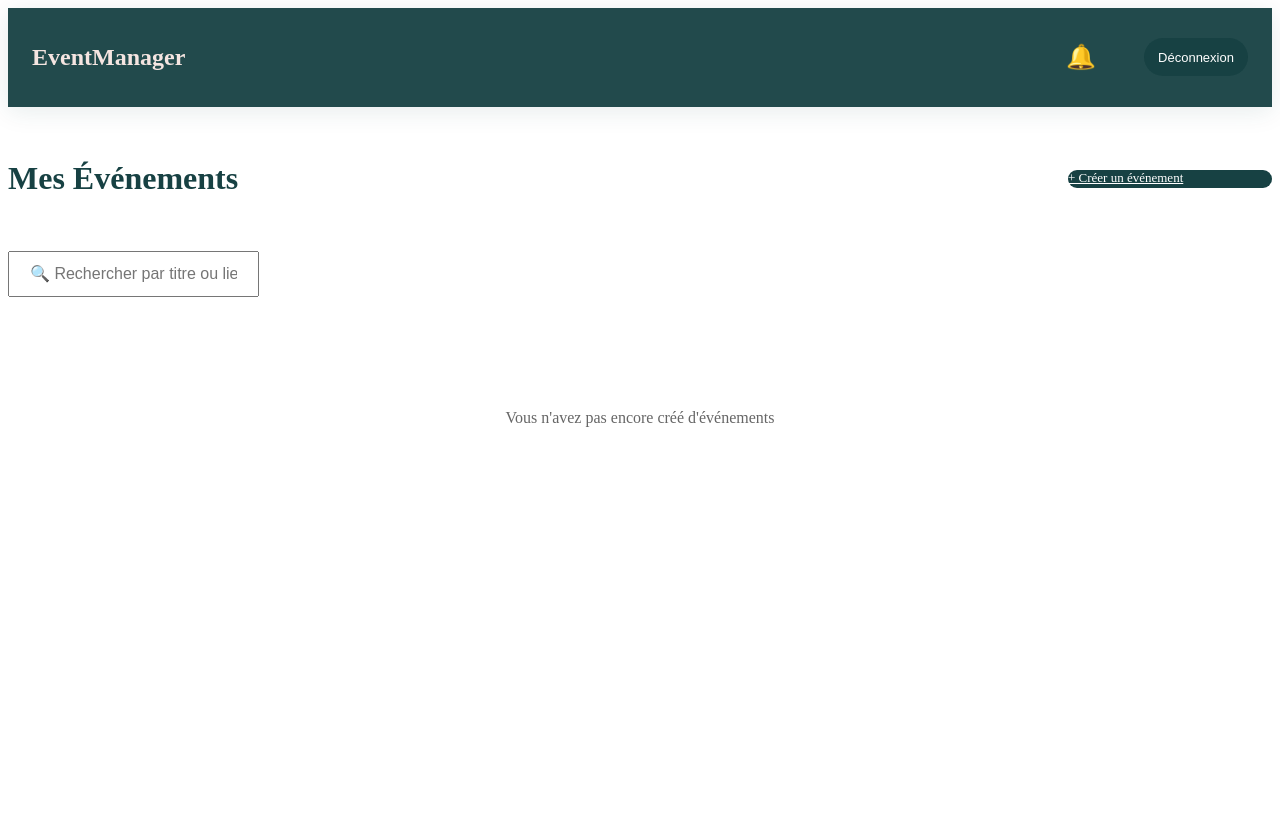
Repository: RADJA-A/DahiliRadja_Pjt_IW
Page: /organisateur/mes-evenements (app in Front/gerement/)
These files come from the project's save history. The page is drawn as it stood at one moment and after the next save; the edit follows.
The browser window is 1280 px wide. The pictures show the whole page.
The project was rebuilt for these pictures with package versions that can differ from the ones it lists, and the page was loaded fresh each time. Also part of the build but not shown: Front/gerement/angular.json, Front/gerement/src/app/pages/home/home.component.ts, Front/gerement/src/app/components/avantages/avantages.component.ts, Front/gerement/src/app/components/procedure/procedure.component.ts, Front/gerement/src/app/components/services/services.component.ts, Front/gerement/src/app/pages/login/login.component.ts, Front/gerement/src/app/core/services/auth.service.ts, Front/gerement/src/app/pages/signin/signin.component.ts and 9 more.

Above is the page before, as saved 2025-12-10 17:14:58.

### Front/gerement/src/index.html
<!doctype html>
<html lang="en">
<head>
  <meta charset="utf-8">
  <title>Gerement</title>
  <base href="/">
  <meta name="viewport" content="width=device-width, initial-scale=1">
   <link rel="icon" type="image/x-icon" href="1.png">
</head>
<body>


  <app-root></app-root>
</body>
</html>

### Front/gerement/src/app/app.config.ts
import { ApplicationConfig, provideZoneChangeDetection } from '@angular/core';
import { provideRouter } from '@angular/router';
import { provideHttpClient } from '@angular/common/http';

import { routes } from './app.routes';

export const appConfig: ApplicationConfig = {
  providers: [
    provideZoneChangeDetection({ eventCoalescing: true }),
    provideRouter(routes),
    provideHttpClient() // ← Pour les appels HTTP
  ]
};

### Front/gerement/src/app/app.component.ts
import { Component } from '@angular/core';
import { CommonModule } from '@angular/common';
import { Router, RouterOutlet, NavigationEnd } from '@angular/router';
import { HeaderComponent } from './components/header/header.component';
import { FooterComponent } from './components/footer/footer.component';
import { NavbarComponent } from './components/navbar/navbar.component';
import { filter } from 'rxjs/operators';

@Component({
  selector: 'app-root',
  standalone: true,
  imports: [
    CommonModule,
    RouterOutlet,
    HeaderComponent,
    FooterComponent,
    NavbarComponent // ← Ajout
  ],
  templateUrl: './app.component.html',
  styleUrls: ['./app.component.css']
})
export class AppComponent {
  title = 'gerement';
  showNavbar = false;

  constructor(private router: Router) {
    // Déterminer quand afficher la navbar
    this.router.events.pipe(
      filter(event => event instanceof NavigationEnd)
    ).subscribe((event: any) => {
      const url = event.url;
      this.showNavbar = !['/', '/login', '/signin'].includes(url);
    });
  }
}

### Front/gerement/src/app/app.routes.ts
import { Routes } from '@angular/router';
import { HomeComponent } from './pages/home/home.component';
import { LoginComponent } from './pages/login/login.component';
import { SigninComponent } from './pages/signin/signin.component';

// Organisateur
import { DashboardOrganisateurComponent } from './pages/organisateur/dashboard-organisateur/dashboard-organisateur.component';
import { MesEvenementsComponent } from './pages/organisateur/mes-evenements/mes-evenements.component';
import { CreerEvenementComponent } from './pages/organisateur/creer-evenement/creer-evenement.component';
import { ParticipantsEvenementComponent } from './pages/organisateur/participants-evenement/participants-evenement.component';
import { ModifierEvenementComponent } from './pages/organisateur/modifier-evenement/modifier-evenement.component';
// Participant
import { EvenementsDisponiblesComponent } from './pages/participant/evenements-disponibles/evenements-disponibles.component';
import { MesInscriptionsComponent } from './pages/participant/mes-inscriptions/mes-inscriptions.component';
import { DetailEvenementComponent } from './pages/participant/detail-evenement/detail-evenement.component';

export const routes: Routes = [
  { path: '', component: HomeComponent },
  { path: 'login', component: LoginComponent },
  { path: 'signin', component: SigninComponent },

  // Routes Organisateur
  { path: 'organisateur/dashboard', component: DashboardOrganisateurComponent },
  { path: 'organisateur/mes-evenements', component: MesEvenementsComponent },
  { path: 'organisateur/creer-evenement', component: CreerEvenementComponent },
   { path: 'organisateur/modifier-evenement/:id', component: ModifierEvenementComponent }, // ← AJOUT

  { path: 'organisateur/participants/:id', component: ParticipantsEvenementComponent },

  // Routes Participant
  { path: 'participant/evenements', component: EvenementsDisponiblesComponent },
  { path: 'participant/mes-inscriptions', component: MesInscriptionsComponent },
  { path: 'participant/evenement/:id', component: DetailEvenementComponent },

  { path: '**', redirectTo: '' }
];

### Front/gerement/src/app/app.component.html
<app-header *ngIf="!showNavbar"></app-header>
<app-navbar *ngIf="showNavbar"></app-navbar>
<router-outlet></router-outlet>
<app-footer *ngIf="!showNavbar"></app-footer>

### Front/gerement/src/app/components/header/header.component.ts
import { Component } from '@angular/core';
import { Router, RouterModule } from '@angular/router';

@Component({
  selector: 'app-header',
  standalone: true,
  imports: [RouterModule],
  templateUrl: './header.component.html',
  styleUrls: ['./header.component.css']
})
export class HeaderComponent {
  constructor(private router: Router) {}

  navigateToLogin() {
    this.router.navigate(['/login']);
  }

  navigateToSignin() {
    this.router.navigate(['/signin']);
  }

}

### Front/gerement/src/app/components/navbar/navbar.component.ts
import { Component, OnInit } from '@angular/core';
import { Router, RouterModule } from '@angular/router';
import { CommonModule } from '@angular/common';
import { NotificationsComponent } from '../notifications/notifications.component';
import { NotificationService } from '../../services/notification.service';

@Component({
  selector: 'app-navbar',
  imports: [CommonModule,NotificationsComponent,RouterModule],
  templateUrl: './navbar.component.html',
  styleUrls: ['./navbar.component.css']
})
export class NavbarComponent implements OnInit {
  user: any;
  notificationsCount = 0;
  showNotifications = false;

  constructor(
    private router: Router,
    private notificationService: NotificationService
  ) {}

  ngOnInit() {
    const userStr = localStorage.getItem('user');
    if (userStr) {
      this.user = JSON.parse(userStr);
      this.loadNotificationsCount();
    }
  }

  loadNotificationsCount() {
    this.notificationService.getNotificationsNonLues(this.user.id).subscribe(
      (notifications) => {
        this.notificationsCount = notifications.length;
      }
    );
  }

  toggleNotifications() {
    this.showNotifications = !this.showNotifications;
  }

  logout() {
    localStorage.removeItem('user');
    this.router.navigate(['/login']);
  }

  // Fix role check with multiple possibilities
  isOrganisateur(): boolean {
    const role = this.user?.role;
    console.log('Checking role:', role); // Debug log
    return role === 'ORGANIZER' || role === 'ADMIN';
  }

  // Add isParticipant method
  isParticipant(): boolean {
    const role = this.user?.role;
    return role === 'PARTICIPANT';
  }
}

### Front/gerement/src/app/pages/organisateur/mes-evenements/mes-evenements.component.ts
import { Component, OnInit } from '@angular/core';
import { Router } from '@angular/router';
import { EvenementService, Evenement } from '../../../services/evenement.service';
import { CommonModule } from '@angular/common';
import { RouterLink } from '@angular/router';
import { FormsModule } from '@angular/forms';

@Component({
  selector: 'app-mes-evenements',
  imports: [CommonModule,RouterLink,FormsModule],
  templateUrl: './mes-evenements.component.html',
  styleUrls: ['./mes-evenements.component.css']
})
export class MesEvenementsComponent implements OnInit {
  user: any;
  evenements: Evenement[] = [];
  loading = false;
  searchTerm = '';
  filterStatut = '';

  constructor(
    private evenementService: EvenementService,
    private router: Router
  ) {}

  ngOnInit() {
    const userStr = localStorage.getItem('user');
    if (userStr) {
      this.user = JSON.parse(userStr);
      this.loadEvenements();
    }
  }

  loadEvenements() {
    this.loading = true;
    this.evenementService.getMesEvenements(this.user.id).subscribe({
      next: (data) => {
        this.evenements = data;
        this.loading = false;
      },
      error: (err) => {
        console.error('Erreur:', err);
        this.loading = false;
      }
    });
  }

  get evenementsFiltres(): Evenement[] {
    return this.evenements.filter(event => {
      const matchSearch = event.titre.toLowerCase().includes(this.searchTerm.toLowerCase()) ||
                         event.lieu.toLowerCase().includes(this.searchTerm.toLowerCase());
      const matchStatut = !this.filterStatut || event.statut === this.filterStatut;
      return matchSearch && matchStatut;
    });
  }

  modifierEvenement(eventId: number) {
    this.router.navigate(['/organisateur/modifier-evenement', eventId]);
  }

  supprimerEvenement(event: Evenement) {
    if (confirm(`Êtes-vous sûr de vouloir supprimer "${event.titre}" ?`)) {
      this.evenementService.deleteEvenement(event.id!, this.user.id).subscribe({
        next: () => {
          this.evenements = this.evenements.filter(e => e.id !== event.id);
          alert('Événement supprimé avec succès');
        },
        error: (err) => {
          console.error('Erreur:', err);
          alert('Erreur lors de la suppression');
        }
      });
    }
  }

  voirParticipants(eventId: number) {
    this.router.navigate(['/organisateur/participants', eventId]);
  }

  getStatutColor(statut: string): string {
    const colors: any = {
      'A_VENIR': 'info',
      'EN_COURS': 'success',
      'TERMINE': 'secondary',
      'ANNULE': 'danger'
    };
    return colors[statut] || 'info';
  }
}

### Front/gerement/src/app/components/header/header.component.html
<div id="logindiv">
  <nav>
    <h1>Gerement</h1>
    <ul class="liste">
      <li><a href="#avantages">Avantages</a></li>
      <li><a href="#services">Nos services</a></li>
      <li><a href="#procedure">Procedure</a></li>
    </ul>

    <!-- Wrap the buttons -->
    <div class="button-group">
      <button id="connectbtn" (click)="navigateToLogin()">Se connecter</button>
      <button id="signinbtn" (click)="navigateToSignin()">S'inscrire</button>
    </div>
  </nav>
</div>

### Front/gerement/src/app/components/header/header.component.css
*{
    font-family: DM sans-serif ;
}


body::-webkit-scrollbar {
    width : 10px;
}

body::-webkit-scrollbar-track {
    background :#174143;
}

body::-webkit-scrollbar-thumb {
    background-color :#F5E5E1;
    border-radius: 10px 10px ;
}


nav {
    display: flex;
    justify-content: space-between; /* h1 left, everything else right */
    align-items: center;
    padding: 0 20px;
}

.button-group {
    display: flex;
    gap: 10px; /* space between the two buttons */
}


nav h1 {
    color: #174143;
    margin: 0;
}

nav ul {
    display: flex;
    list-style: none;
    margin: 0;
    padding: 0;
    gap: 30px;
    align-items: center;
    font-size: 20px;
}

nav ul li {
    margin: 0;
    padding: 0;
}

nav ul li a {
    text-decoration: none;
    color: black;
    line-height: 1;
    display: flex;
    align-items: center;
}

nav ul li a:hover{
    font-weight: bold;
}


button{
    border: none;
    border-radius: 50px;
     background-color:  #174143;
    color: white;
    height : 48px;
    width : 134px;
    font-size: 19px;
}

button:hover{
    cursor: pointer;
    transition : 0.2s ease-in-out  ;
    background-color:  #F5E5E1;
    color:  #174143;
}

### Front/gerement/src/app/components/footer/footer.component.html
<footer class="custom-footer">
  <div class="footer-section">
    <p>Université d'alger 1</p>
    <p>Alger centre</p>
    <p>Alger, Algerie</p>
  </div>



  <div class="footer-bottom">
    <p>Gerement™</p>
    <p>© 2025 All Rights Reserved</p>
  </div>
</footer>

### Front/gerement/src/app/components/footer/footer.component.css
.custom-footer {
  background: #174143;
  padding: 30px;
  text-align: center;
  color: #F5E5E1;
  font-family: Arial, sans-serif;
  border-top: 1px solid #ddd;
}


.footer-bottom {
  margin-top: 15px;
  font-size: 13px;
  color: #d7beb8;
}

### Front/gerement/src/app/components/navbar/navbar.component.html
<nav class="navbar">
  <div class="navbar-container">
    <div class="navbar-brand">
      <h2>EventManager</h2>
    </div>

    <div class="navbar-menu">
      <ng-container *ngIf="isOrganisateur()">
        <!-- Add routerLink directive -->
        <a [routerLink]="['/organisateur/dashboard']" routerLinkActive="active">Dashboard</a>
        <a [routerLink]="['/organisateur/mes-evenements']" routerLinkActive="active">Mes Événements</a>
        <a [routerLink]="['/organisateur/creer-evenement']" routerLinkActive="active">Créer</a>
      </ng-container>

      <ng-container *ngIf="isParticipant()">
        <!-- Add routerLink directive -->
        <a [routerLink]="['/participant/evenements']" routerLinkActive="active">Événements</a>
        <a [routerLink]="['/participant/mes-inscriptions']" routerLinkActive="active">Mes Inscriptions</a>

      </ng-container>
    </div>

    <div class="navbar-actions">
      <div class="notification-btn" (click)="toggleNotifications()">
        <span class="icon">🔔</span>
        <span class="badge-notif" *ngIf="notificationsCount > 0">{{ notificationsCount }}</span>
      </div>

      <div class="user-menu">
        <span>{{ user?.prenom }} {{ user?.nom }}</span>
        <button class="btn btn-secondary" (click)="logout()">Déconnexion</button>
      </div>
    </div>
  </div>

  <!-- Dropdown notifications -->
  <app-notifications *ngIf="showNotifications" [userId]="user?.id"></app-notifications>
</nav>

### Front/gerement/src/app/components/navbar/navbar.component.css
.navbar {
  background: rgba(23, 65, 67, 0.95);
  backdrop-filter: blur(10px);
  box-shadow: 0 4px 24px rgba(23, 65, 67, 0.1);
  position: sticky;
  top: 0;
  z-index: 1000;
}

.navbar-container {
  max-width: 1400px;
  margin: 0 auto;
  padding: 16px 24px;
  display: flex;
  justify-content: space-between;
  align-items: center;
}

.navbar-brand h2 {
  color: #F5E5E1;
  font-size: 24px;
  font-weight: 700;
}

.navbar-menu {
  display: flex;
  gap: 32px;
}

.navbar-menu a {
  color: #F5E5E1;
  text-decoration: none;
  font-weight: 500;
  padding: 8px 16px;
  border-radius: 8px;
  transition: all 0.3s ease;
}

.navbar-menu a:hover,
.navbar-menu a.active {
  background: rgba(245, 229, 225, 0.1);
  color: white;
}

.navbar-actions {
  display: flex;
  align-items: center;
  gap: 24px;
}

.notification-btn {
  position: relative;
  cursor: pointer;
  padding: 8px;
  border-radius: 50%;
  transition: background 0.3s ease;
}

.notification-btn:hover {
  background: rgba(245, 229, 225, 0.1);
}

.notification-btn .icon {
  font-size: 24px;
}

.badge-notif {
  position: absolute;
  top: 0;
  right: 0;
  background: #dc3545;
  color: white;
  border-radius: 50%;
  width: 20px;
  height: 20px;
  display: flex;
  align-items: center;
  justify-content: center;
  font-size: 11px;
  font-weight: 700;
}

.user-menu {
  display: flex;
  align-items: center;
  gap: 16px;
  color: #F5E5E1;
}

button{
    border: none;
    border-radius: 50px;
     background-color:  #174143;
    color: white;
    height : 38px;
    width : 104px;
    font-size: 13px;
}

button:hover{
    cursor: pointer;
    transition : 0.2s ease-in-out  ;
    background-color:  #F5E5E1;
    color:  #174143;
}

### Front/gerement/src/app/services/evenement.service.ts
import { Injectable } from '@angular/core';
import { HttpClient } from '@angular/common/http';
import { Observable } from 'rxjs';

export interface Evenement {
  id?: number;
  titre: string;
  type: string;
  lieu: string;
  dateDebut: string;
  dateFin: string;
  capaciteMax: number;
  nombreInscrits?: number;
  organisateurId: number;
  statut?: string;
  imageUrl?: string;
  programme?: string;
  placesDisponibles?: number;
}
@Injectable({
  providedIn: 'root'
})
export class EvenementService {
  private apiUrl = 'http://localhost:8082/api/evenements';

  constructor(private http: HttpClient) {}

  // Tous les événements
  getAllEvenements(): Observable<Evenement[]> {
    return this.http.get<Evenement[]>(this.apiUrl);
  }

  // Événements d'un organisateur
  getMesEvenements(organisateurId: number): Observable<Evenement[]> {
    return this.http.get<Evenement[]>(`${this.apiUrl}/organisateur/${organisateurId}`);
  }

  // Un événement par ID
  getEvenementById(id: number): Observable<Evenement> {
    return this.http.get<Evenement>(`${this.apiUrl}/${id}`);
  }

  // Créer événement
  createEvenement(evenement: Evenement): Observable<Evenement> {
    return this.http.post<Evenement>(this.apiUrl, evenement);
  }

  // Modifier événement
  updateEvenement(id: number, evenement: any, userId: number): Observable<Evenement> {
    return this.http.put<Evenement>(`${this.apiUrl}/${id}`, evenement, {
      headers: { 'User-Id': userId.toString() }
    });
  }

  // Supprimer événement
  deleteEvenement(id: number, userId: number): Observable<void> {
    return this.http.delete<void>(`${this.apiUrl}/${id}`, {
      headers: { 'User-Id': userId.toString() }
    });
  }

  // Rechercher
  searchEvenements(params: any): Observable<Evenement[]> {
    return this.http.get<Evenement[]>(`${this.apiUrl}/search`, { params });
  }

  // Statistiques
  getStatistiques(organisateurId: number): Observable<any> {
    return this.http.get(`${this.apiUrl}/statistiques/${organisateurId}`);
  }
}

### Front/gerement/src/app/pages/organisateur/mes-evenements/mes-evenements.component.html
<div class="mes-evenements">
  <div class="container">
    <div class="page-header">
      <h1>Mes Événements</h1>
      <a routerLink="/organisateur/creer-evenement" class="btn btn-primary">+ Créer un événement</a>
    </div>

    <!-- Filtres -->
    <div class="filters card">
      <div class="input-group">
        <input
          type="text"
          [(ngModel)]="searchTerm"
          placeholder="🔍 Rechercher par titre ou lieu..."
          class="search-input">
      </div>


    </div>

    <!-- Liste des événements -->
    <div class="loading-message" *ngIf="loading">
      Chargement de vos événements...
    </div>

    <div class="events-grid grid grid-2" *ngIf="!loading">
      <div class="event-card card" *ngFor="let event of evenementsFiltres">
        <div class="event-image" *ngIf="event.imageUrl">
          <img [src]="event.imageUrl" [alt]="event.titre">
        </div>
        <div class="event-placeholder" *ngIf="!event.imageUrl">
          🎭
        </div>

        <div class="event-content">
          <div class="event-header">
            <h3>{{ event.titre }}</h3>
            <span class="badge badge-{{ getStatutColor(event.statut!) }}">
              {{ event.statut }}
            </span>
          </div>

          <div class="event-info">
            <p><strong>Type:</strong> {{ event.type }}</p>
            <p><strong>📍</strong> {{ event.lieu }}</p>
            <p><strong>📅</strong> {{ event.dateDebut | date:'dd/MM/yyyy HH:mm' }}</p>
            <p><strong>👥</strong> {{ event.nombreInscrits }} / {{ event.capaciteMax }} participants</p>
            <p><strong>📌</strong> {{ event.placesDisponibles }} places restantes</p>
          </div>

          <div class="event-progress">
            <div class="progress-bar">
              <div class="progress-fill"
                   [style.width.%]="(event.nombreInscrits! / event.capaciteMax) * 100">
              </div>
            </div>
          </div>

          <div class="event-actions">
            <button class="btn btn-secondary" (click)="voirParticipants(event.id!)">
              👥 Participants
            </button>
            <button class="btn btn-primary" (click)="modifierEvenement(event.id!)">
              ✏️ Modifier
            </button>
            <button class="btn btn-danger" (click)="supprimerEvenement(event)">
              🗑️ Supprimer
            </button>
          </div>
        </div>
      </div>

      <div class="no-events" *ngIf="evenementsFiltres.length === 0">
        <p *ngIf="evenements.length === 0">Vous n'avez pas encore créé d'événements</p>
        <p *ngIf="evenements.length > 0 && evenementsFiltres.length === 0">
          Aucun événement ne correspond à votre recherche
        </p>
      </div>
    </div>
  </div>
</div>

### Front/gerement/src/app/pages/organisateur/mes-evenements/mes-evenements.component.css
.mes-evenements {
  min-height: calc(100vh - 80px);
  padding: 32px 0;
}

.page-header {
  display: flex;
  justify-content: space-between;
  align-items: center;
  margin-bottom: 32px;
}

.page-header h1 {
  color: #174143;
  font-size: 32px;
}

.filters {
  display: grid;
  grid-template-columns: 2fr 1fr;
  gap: 16px;
  margin-bottom: 32px;
}

.search-input {
  padding: 12px 20px;
  font-size: 16px;
}

.event-card {
  overflow: hidden;
}

.event-image {
  width: 100%;
  height: 200px;
  overflow: hidden;
  border-radius: 12px 12px 0 0;
  margin: -24px -24px 16px -24px;
}

.event-image img {
  width: 100%;
  height: 100%;
  object-fit: cover;
}

.event-placeholder {
  width: 100%;
  height: 200px;
  display: flex;
  align-items: center;
  justify-content: center;
  background: linear-gradient(135deg, #174143 0%, #2a6366 100%);
  font-size: 64px;
  border-radius: 12px 12px 0 0;
  margin: -24px -24px 16px -24px;
}

.event-content {
  display: flex;
  flex-direction: column;
  gap: 16px;
}

.event-header {
  display: flex;
  justify-content: space-between;
  align-items: start;
  gap: 12px;
}

.event-header h3 {
  color: #174143;
  font-size: 20px;
  flex: 1;
}

.event-info p {
  color: #666;
  font-size: 14px;
  margin-bottom: 8px;
}

.event-progress {
  margin: 8px 0;
}

.progress-bar {
  height: 8px;
  background: rgba(23, 65, 67, 0.1);
  border-radius: 4px;
  overflow: hidden;
}

.progress-fill {
  height: 100%;
  background: linear-gradient(90deg, #174143 0%, #2a6366 100%);
  transition: width 0.3s ease;
}

.event-actions {
  display: flex;
  gap: 8px;
  flex-wrap: wrap;
}

.event-actions button {
  flex: 1;
  min-width: 120px;
}

.no-events {
  grid-column: 1 / -1;
  text-align: center;
  padding: 64px 24px;
  color: #666;
}

.loading-message {
  text-align: center;
  padding: 64px;
  color: #174143;
  font-size: 18px;
}

.btn.btn-primary{
    border: none;
    border-radius: 50px;
     background-color:  #174143;
    color: white;
    height : 18px;
    width : 204px;
    font-size: 13px;
}

.btn.btn-primary:hover{
    cursor: pointer;
    transition : 0.2s ease-in-out  ;
    background-color:  #F5E5E1;
    color:  #174143;
}

Loaded but not shown: Front/gerement/src/styles.css (common file); Front/gerement/src/main.ts (common file); Front/gerement/src/app/components/footer/footer.component.ts (common file); Front/gerement/src/app/services/notification.service.ts (100 lines, source omitted); Front/gerement/src/app/app.component.css (no stored copy; drawn as an empty file)

After the next save:
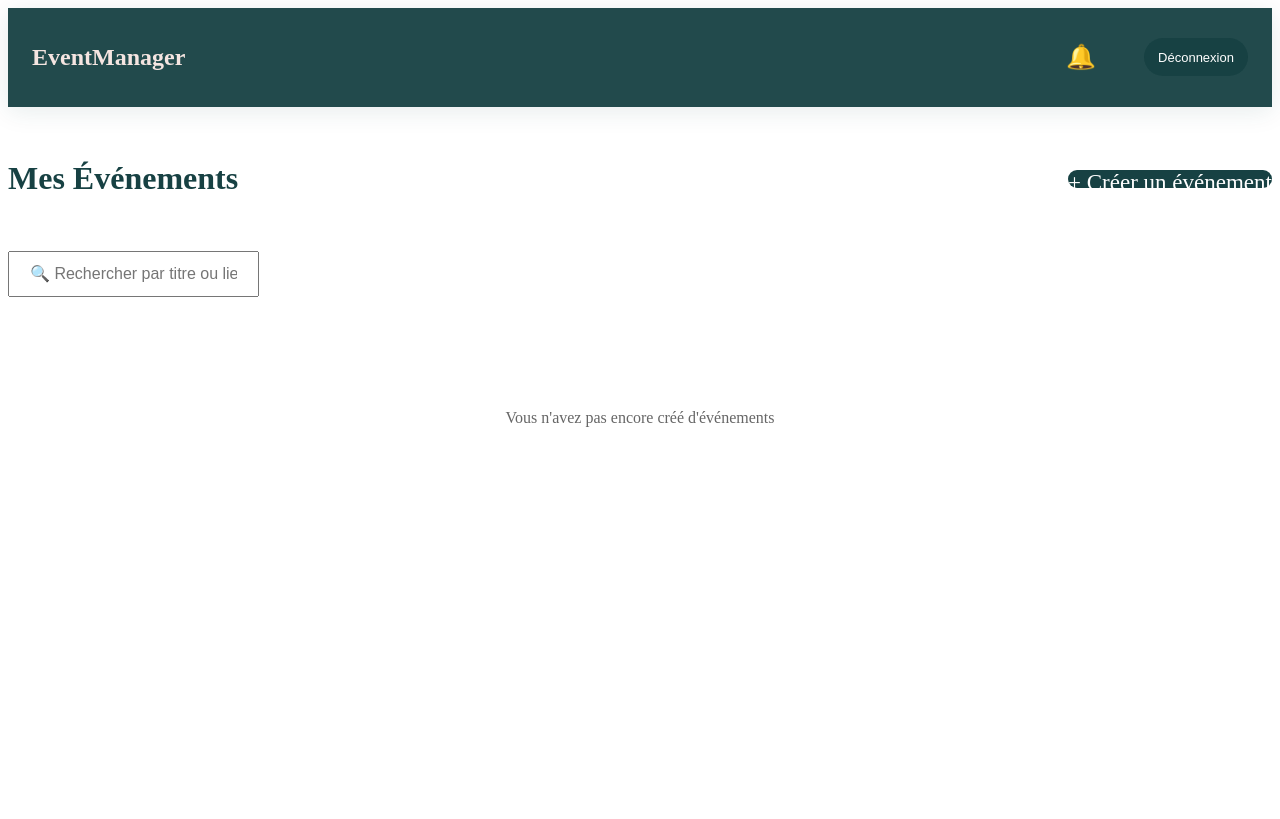
Saved 10 s later.
--- a/Front/gerement/src/app/pages/organisateur/mes-evenements/mes-evenements.component.css
+++ b/Front/gerement/src/app/pages/organisateur/mes-evenements/mes-evenements.component.css
@@ -131,7 +131,7 @@
     color: white;
     height : 18px;
     width : 204px;
-    font-size: 13px;
+    font-size: 23px;
 }
 
 .btn.btn-primary:hover{
